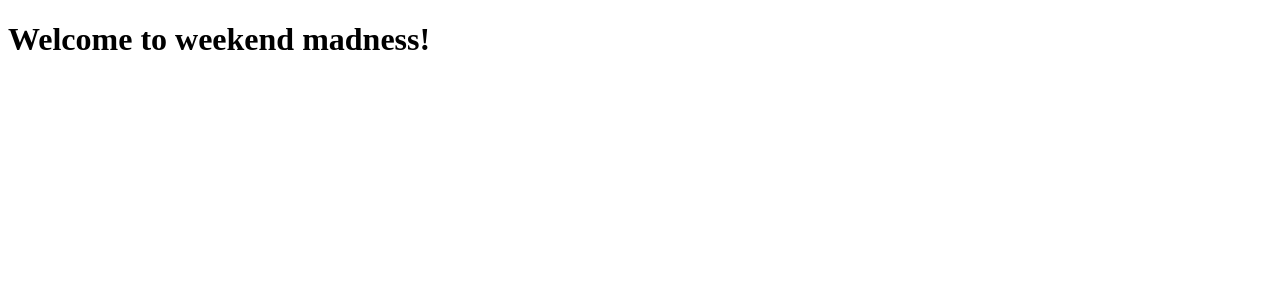
Repository: satishkumarms/WorkSpace
Page: http://localhost/MovieTicketBooking/
The author's editor kept a copy of each file at every save. The page is drawn from the files as they stood at one save, then again after the next save.
The browser window is 1280 px wide. The pictures show the whole page.
The page is served by Tomcat 9. Other server files are loaded and not shown.

Above is the page before, as saved 2018-07-21 06:11:53.

### MovieTicketBooking/WebContent/index.jsp
<%@ page language="java" contentType="text/html; charset=ISO-8859-1"
    pageEncoding="ISO-8859-1"%>
<!DOCTYPE html PUBLIC "-//W3C//DTD HTML 4.01 Transitional//EN" "http://www.w3.org/TR/html4/loose.dtd">
<html>
<head>
<meta http-equiv="Content-Type" content="text/html; charset=ISO-8859-1">
<title>Movie Ticket Booking</title>
</head>
<body>


<h1> Welcome to weekend madness!</h1>
</body>
</html>

After the next save:
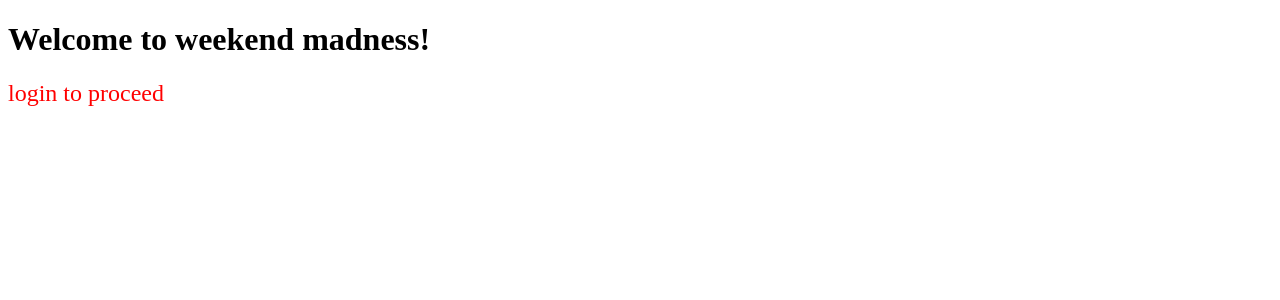
Saved 6 min 41 s later.
--- a/MovieTicketBooking/WebContent/index.jsp
+++ b/MovieTicketBooking/WebContent/index.jsp
@@ -10,5 +10,6 @@
 
 
 <h1> Welcome to weekend madness!</h1>
+<font size="5" color="red"><a href = "login"></a> login to proceed</font>
 </body>
 </html>
